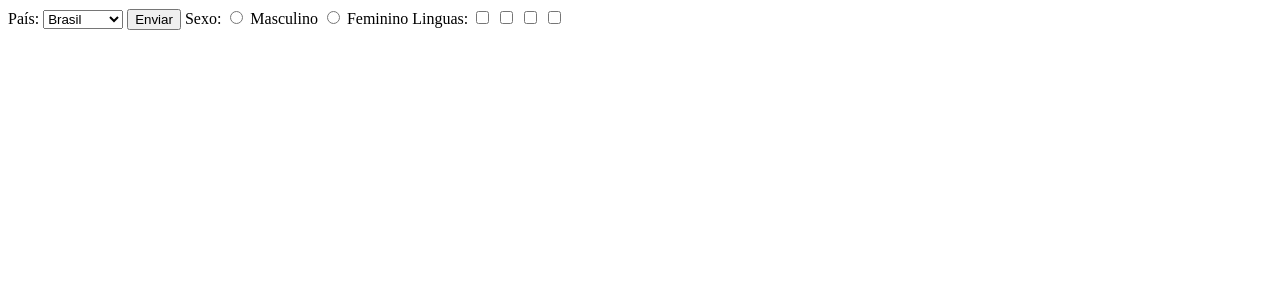
Repository: fcampara/java-web-begin
Page: http://localhost/JavaWeb/Formulario.jsp
An editor plug-in stored every save of this project. The page is shown before and after the next save, followed by the edit.
The browser window is 1280 px wide. The pictures show the whole page.
The page is served by Tomcat 9. Other server files are loaded and not shown.

Above is the page before, as saved 2018-09-04 18:27:25.

### JavaWeb/WebContent/Formulario.jsp
<%@ page language="java" contentType="text/html; charset=ISO-8859-1"
    pageEncoding="ISO-8859-1"%>
<!DOCTYPE html>
<html>
	<head>
	<meta charset="ISO-8859-1">
	<title>Insert title here</title>
	</head>

	<body>
		<form action="Dados.jsp">
			País:
			<select name="pais">
				<option>Brasil</option>
				<option>EUA</option>
				<option>Rússica</option>
				<option>Argentina</option>
				<option>Japão</option>
			</select>
			<input type="submit" value="Enviar"/>

			Sexo:
			<input type="radio" name="sexo" value="Masculino"/> Masculino
			<input type="radio" name="sexo" value="Feminino"/> Feminino

			Linguas:
			<input type="checkbox" name="linguas" value="Português"/>
			<input type="checkbox" name="linguas" value="Inglês"/>
			<input type="checkbox" name="linguas" value="Espanhol"/>
			<input type="checkbox" name="linguas" value="Francês"/>

			</br></br>
		</form>
	</body>
</html>

After the next save:
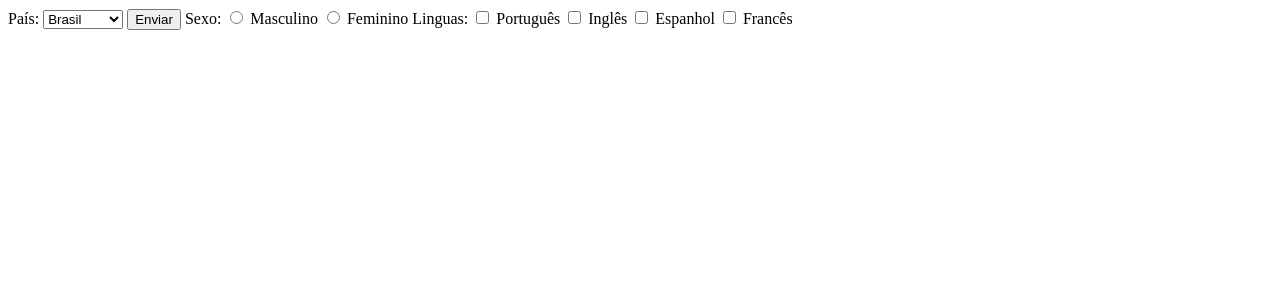
Saved 31 s later.
--- a/JavaWeb/WebContent/Formulario.jsp
+++ b/JavaWeb/WebContent/Formulario.jsp
@@ -24,10 +24,10 @@
 			<input type="radio" name="sexo" value="Feminino"/> Feminino
 
 			Linguas:
-			<input type="checkbox" name="linguas" value="Português"/>
-			<input type="checkbox" name="linguas" value="Inglês"/>
-			<input type="checkbox" name="linguas" value="Espanhol"/>
-			<input type="checkbox" name="linguas" value="Francês"/>
+			<input type="checkbox" name="linguas" value="Português"/> Português
+			<input type="checkbox" name="linguas" value="Inglês"/> Inglês
+			<input type="checkbox" name="linguas" value="Espanhol"/> Espanhol
+			<input type="checkbox" name="linguas" value="Francês"/> Francês
 
 			</br></br>
 		</form>
